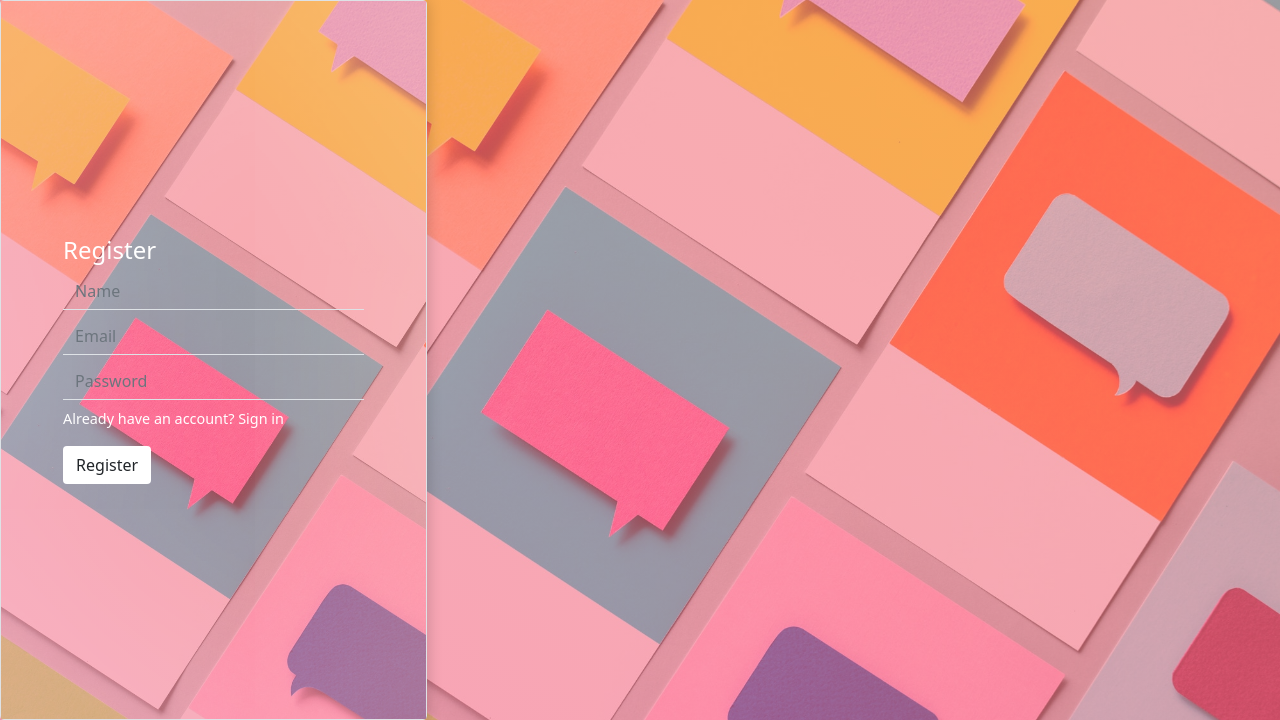
Repository: SaudCh/React-login
Page: /register
An editor plug-in stored every save of this project. The page is shown before and after the next save, followed by the edit.
The browser window is 1280 px wide. The pictures show the whole page.
The project was rebuilt for these pictures with package versions that can differ from the ones it lists, and the page was loaded fresh each time. Also part of the build but not shown: src/Components/Login/logincss.js, src/Components/Login/loginValidation.js, src/Components/Login/Login.jsx, src/Components/Home/Home.jsx.

Above is the page before, as saved 2022-02-06 12:07:05.

### src/App.js
import Login from './Components/Login/Login';
import Register from './Components/Register/Register'
import '../node_modules/bootstrap/dist/css/bootstrap.min.css'
import { Routes, Route } from 'react-router-dom'
import Home from './Components/Home/Home';

function App() {
  return (
    <Routes>
      <Route path="login" element={<Login />} />
      <Route path="register" element={<Register />} />
      <Route path="/" element={<Home />} />
      <Route path="*" element={<Register />} />
    </Routes >
  );
}

export default App;

### src/Components/Register/Register.jsx
import React, { useState } from "react";
import "./Register.css";
import { formStyle } from "./RegsiterCss";
import axios from "axios";
import { registrationValidation } from "./RegisterValidation";

export default function Register() {
  const [name, setName] = useState();
  const [email, setEmail] = useState();
  const [password, setPassword] = useState();
  const [error, setError] = useState("");

  const formSubmit = (e) => {
    setError("");
    e.preventDefault();
    const data = {
      name: name,
      email: email,
      password: password,
    };

    const errors = registrationValidation(data);

    console.log(Object.keys(errors).length);

    if (Object.keys(errors).length !== 0) {
      setError(errors);
      return;
    }

    axios
      .post("http://localhost:5000/api/user/register", data)
      .then(function (response) {
        console.log(response);
      })
      .catch(function (error) {
        let err;
        if (error.response) {
          err = error.response.data.message;
        } else if (error.request) {
          err = error.toJSON().message;
        } else {
          err = error.message;
        }
        setError({ api: err });
      });
  };

  return (
    <div>
      <div className="container-fluid">
        <div className="row background-image">
          <div className="col-10 col-md-4 background-text border rounded">
            <form onSubmit={formSubmit} className="col-9">
              {error.api && <p className="text-danger p-0 m-0">{error.api}</p>}
              <div className="my-2">
                <h4 className="text-white">Register </h4>
              </div>
              <div className="my-2">
                <input
                  type="text"
                  style={formStyle}
                  value={name}
                  onChange={(name) => setName(name.target.value)}
                  className="form-control border-bottom hlo"
                  id="name"
                  placeholder="Name"
                />
                {error.name && (
                  <p className="text-danger p-0 m-0">{error.name}</p>
                )}
              </div>
              <div className="form-group my-2">
                <input
                  style={formStyle}
                  value={email}
                  onChange={(email) => setEmail(email.target.value)}
                  type="email"
                  class="form-control border-bottom"
                  id="email"
                  placeholder="Email"
                />
                {error.email && (
                  <p className="text-danger p-0 m-0">{error.email}</p>
                )}
              </div>
              <div className="form-group my-2">
                <input
                  style={formStyle}
                  value={password}
                  onChange={(password) => setPassword(password.target.value)}
                  type="password"
                  class="form-control border-bottom"
                  id="password"
                  placeholder="Password"
                />
                {error.password && (
                  <p className="text-danger p-0 m-0">{error.password}</p>
                )}
              </div>
              <div className="my-2">
                <div>
                  <p className="text-white" style={{ fontSize: "0.9rem" }}>
                    Already have an account? <span>Sign in</span>
                  </p>
                </div>
                <button className="btn" style={{ backgroundColor: "white" }}>
                  Register
                </button>
              </div>
            </form>
          </div>
        </div>
      </div>
    </div>
  );
}

### src/Components/Login/Login.css
:root {
  --primary: rgba(254, 113, 145, 0.6);
  --secondary: rgba(255, 133, 133,0.6);
}
.background-image {
  height: 100vh;
  width: 100vw;

  background: linear-gradient(to top right, var(--primary), var(--secondary)),
    url("../Images/back.jpg") no-repeat center center / cover;
}

.background-text {
  padding: 20px 0px;
  display: flex;
  justify-content: center;
  align-items: center;

  box-shadow: 0 0 1rem 0 rgba(0, 0, 0, 0.2);
  position: relative;
  background: inherit;
  z-index: 1;
}
.background-text::before {
  content: "";
  position: absolute;
  background: inherit;
  top: 0;
  bottom: 0;
  left: 0;
  right: 0;
  box-shadow: inset 0 0 2000px rgba(255, 255, 255, 0.3);
  /* filter: blur(1px); */
  z-index: -1;
}

input:hover,
input:active,
input:focus,
input:-webkit-autofill {
  outline: 0px !important;
  -webkit-appearance: none;
  box-shadow: none !important;
}
input:-webkit-autofill,
input:-webkit-autofill:focus {
  transition: background-color 600000s 0s, color 600000s 0s;
}

### src/Components/Register/Register.css
/* .background-image {
  background-image: linear-gradient(rgba(0, 0, 0, 0.2), rgba(0, 0, 0, 0.2)),
    url("../Images/back.jpg");
  background-position: center;
  background-repeat: no-repeat;
  background-size: cover;

  height: 100vh;
  justify-content: center;
  align-items: center;

  position: relative;
  z-index: 1;
}
.background-image::before {
  content: "";
  position: absolute;
  background: inherit;
  top: 0;
  bottom: 0;
  left: 0;
  right: 0;
  filter: blur(1px);
  z-index: -1;
} */

.background-text {
  padding: 20px 0px;
  display: flex;
  justify-content: center;
  align-items: center;

  box-shadow: 0 0 1rem 0 rgba(0, 0, 0, 0.2);
  position: relative;
  background: inherit;
  z-index: 1;
}
.background-text::before {
  content: "";
  position: absolute;
  background: inherit;
  top: 0;
  bottom: 0;
  left: 0;
  right: 0;
  box-shadow: inset 0 0 2000px rgba(255, 255, 255, 0.3);
  /* filter: blur(1px); */
  z-index: -1;
}

input:hover,
input:active,
input:focus,
input:-webkit-autofill {
  outline: 0px !important;
  -webkit-appearance: none;
  box-shadow: none !important;
}
input:-webkit-autofill,
input:-webkit-autofill:focus {
  transition: background-color 600000s 0s, color 600000s 0s;
}

### src/Components/Register/RegsiterCss.js
export const formStyle = {
    backgroundColor: "transparent",
    color: "white",
    border: "none",
    borderRadius: 0,
};

### src/Components/Register/RegisterValidation.js
export const registrationValidation = (data) => {
    let errors = {};

    if (!data.name) {
        errors.name = "Name is Required."
    }
    if (!data.email) {
        errors.email = "Email Is Required."
    }
    else if (!/\S+@\S+\.\S+/.test(data.email)) {
        errors.email = "Invalid Email"
    }
    if (!data.password) {
        errors.password = "Password is required."
    }
    else if (data.password.length < 6) {
        errors.password = "Password Must be more than Six Characters"
    }
    return errors;

}

Loaded but not shown: public/index.html (common file); src/index.js (common file); src/index.css (common file); src/reportWebVitals.js (common file)

After the next save:
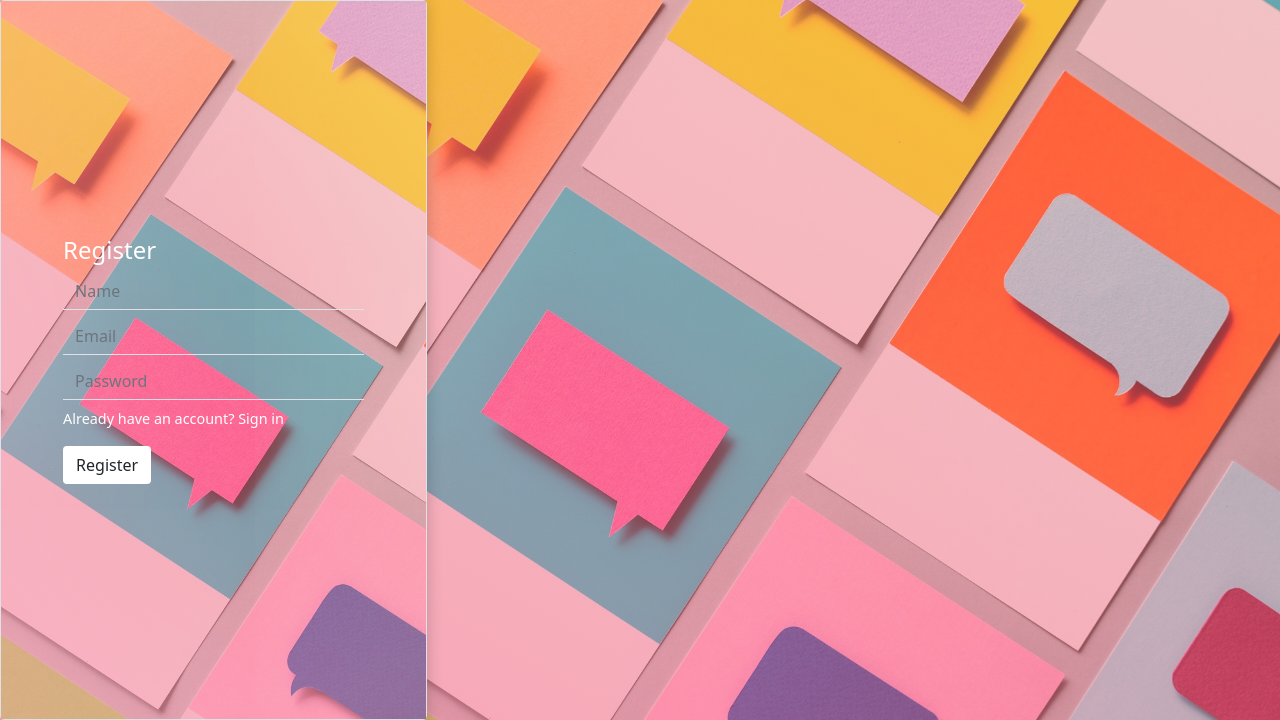
Saved 35 s later.
--- a/src/Components/Login/Login.css
+++ b/src/Components/Login/Login.css
@@ -1,6 +1,6 @@
 :root {
   --primary: rgba(254, 113, 145, 0.6);
-  --secondary: rgba(255, 133, 133,0.6);
+  --secondary: rgba(255, 133, 133, 0.4);
 }
 .background-image {
   height: 100vh;
